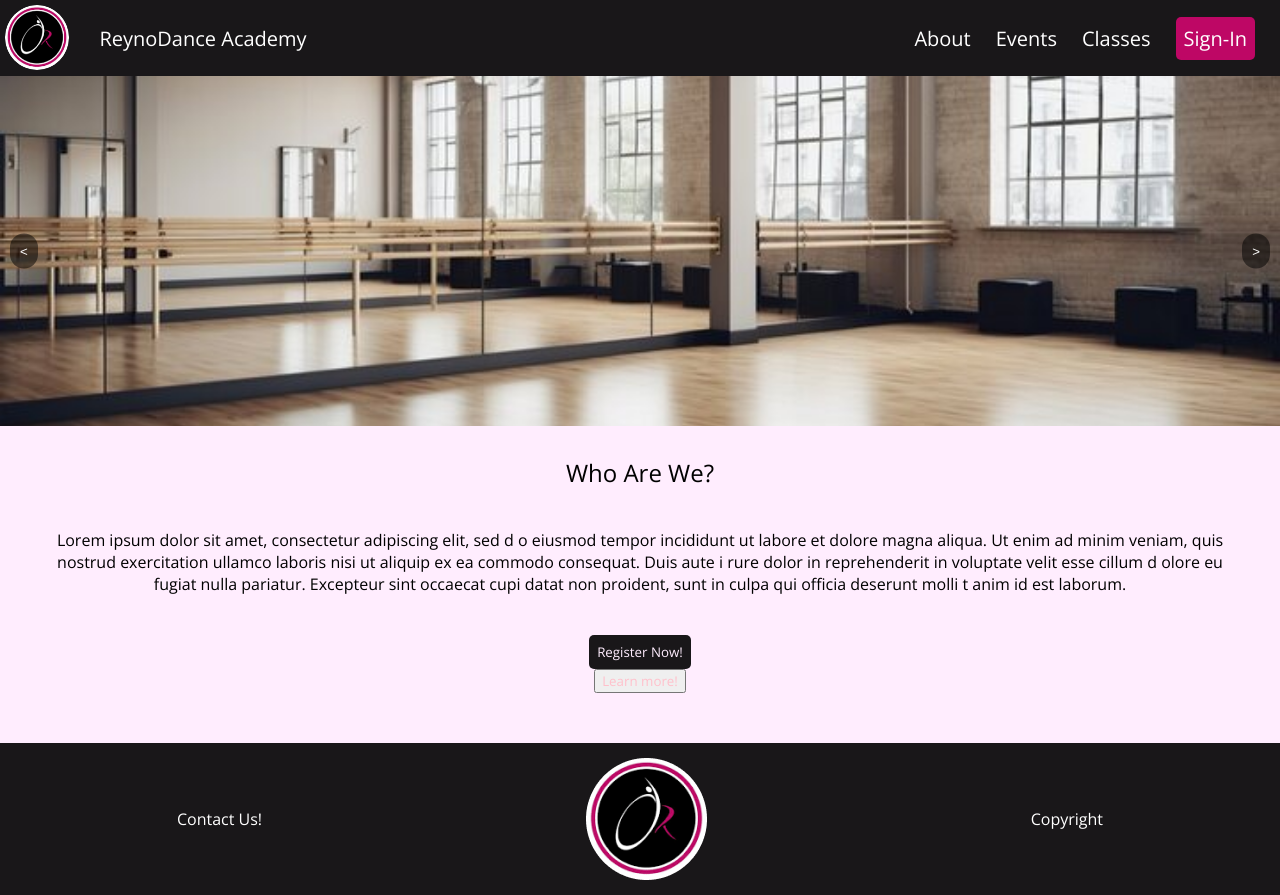
Repository: andreaelpz/reynodance-academy
Page: /
These files come from the project's save history. The page is drawn as it stood at one moment and after the next save; the edit follows.
The browser window is 1280 px wide. The pictures show the whole page.
The project was rebuilt for these pictures with package versions that can differ from the ones it lists, and the page was loaded fresh each time. Also part of the build but not shown: angular.json, src/app/about/about.component.ts, src/app/classes/classes.component.ts, src/app/events/events.component.ts, src/app/user/sign-in/sign-in.component.ts, src/app/dashboard/dashboard.component.ts, src/app/user/register/register.component.ts, src/app/login/login.component.ts.

Above is the page before, as saved 2024-11-19 23:25:16.

After the next save:
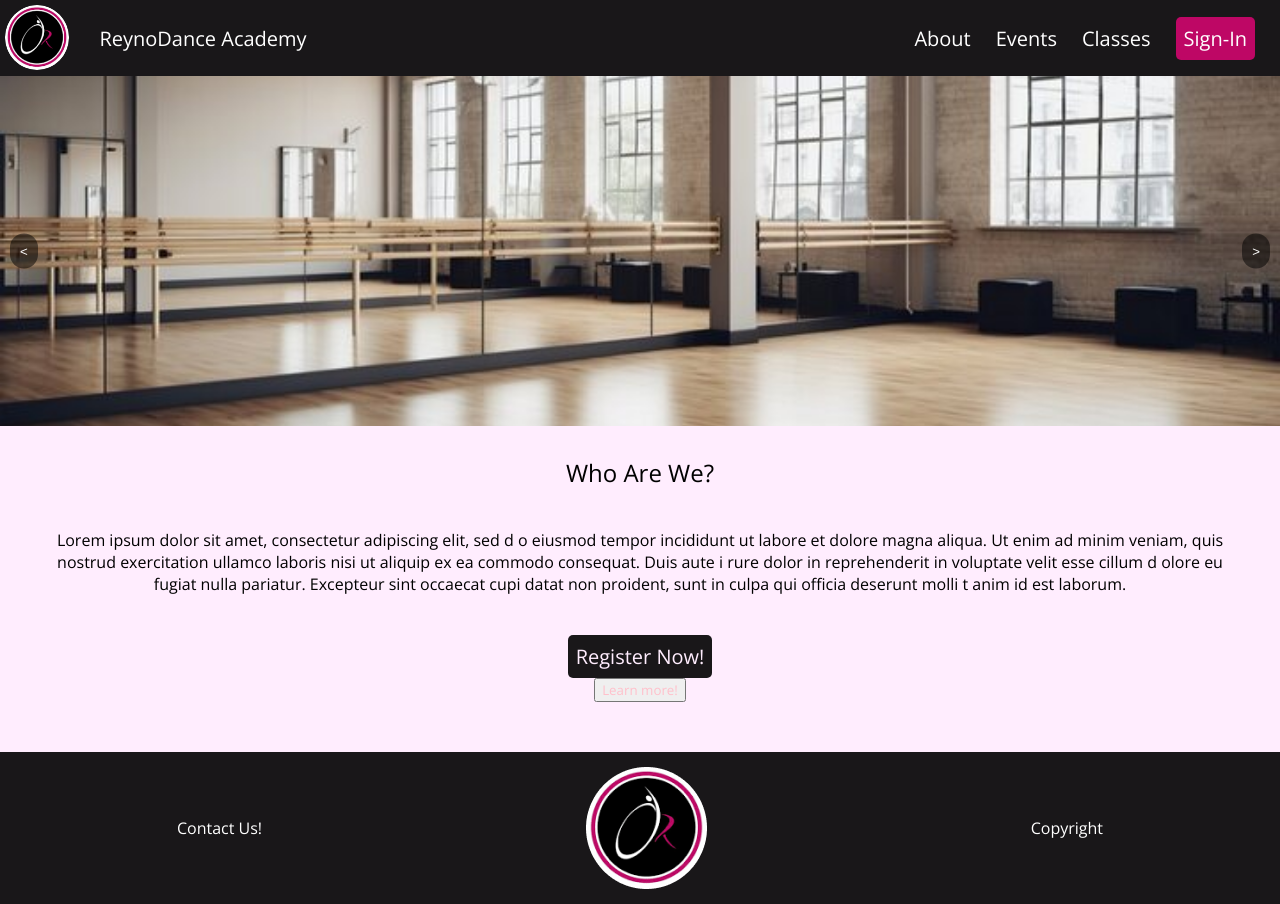
Saved 6 s later.
--- a/src/app/home/home.component.css
+++ b/src/app/home/home.component.css
@@ -70,7 +70,7 @@ img {
   border: none;
   color: var(--lightPink);
   font-family: 'Open Sans', sans-serif;
-  font-size:
+  font-size: 20px;
 }
 
 .register:hover{
